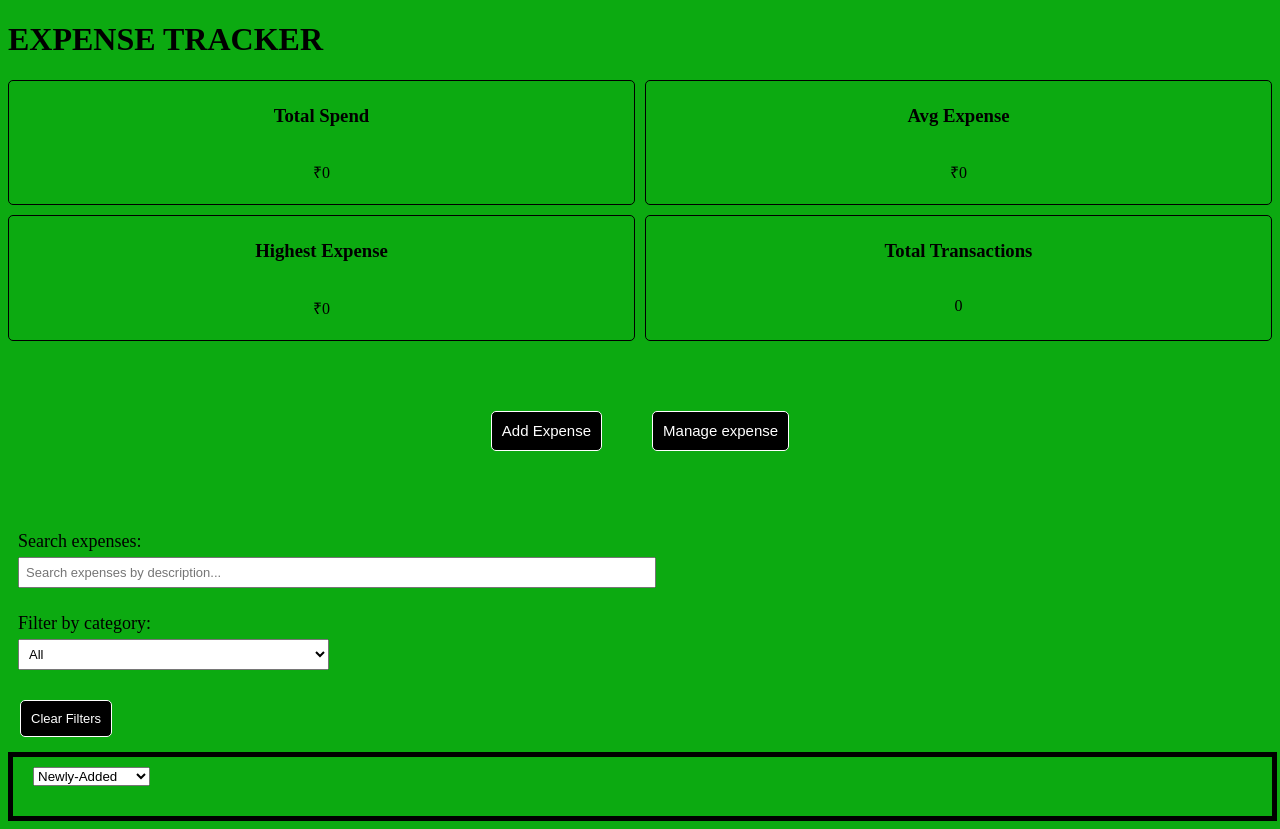
Repository: Gaurav124937/Expense-Tracker
Page: index.html
An editor plug-in stored every save of this project. The page is shown before and after the next save, followed by the edit.
The browser window is 1280 px wide. The pictures show the whole page.

Above is the page before, as saved 2026-09-20 20:13:00.

### index.html
<!doctype html>
<html lang="en">
  <head>
    <meta charset="UTF-8" />
    <meta name="viewport" content="width=device-width, initial-scale=1.0" />
    <title>Expense tracker</title>
    <link rel="stylesheet" href="style.css" />
    <script src="script.js" defer></script>
  </head>

  <body>
    <h1>EXPENSE TRACKER</h1>

    <div class="grid">
      <section class="section">
        <h3>Total Spend</h3>
        <p>₹0</p>
      </section>

      <section class="section">
        <h3>Avg Expense</h3>
        <p>₹0</p>
      </section>

      <section class="section">
        <h3>Highest Expense</h3>
        <p>₹0</p>
      </section>

      <section class="section">
        <h3>Total Transactions</h3>
        <p>0</p>
      </section>
    </div>

    <div class="buttons-grid">
      <button class="btn add-expense-button">Add Expense</button>
      <button class="btn manage-expense-button">Manage expense</button>
    </div>

    <div class="filter-container">
      <div class="search-filter-container">
        <label class="filter-form-label" for="expense-search"
          >Search expenses:</label
        >
        <input
          type="text"
          class="expense-search"
          placeholder="Search expenses by description..."
        />
      </div>
      <div class="category-filter-container">
        <label class="filter-form-label" for="category"
          >Filter by category:</label
        >
        <select class="category-filter" name="category">
          <option value="all">All</option>
          <option value="food">Food</option>
          <option value="petrol">Petrol</option>
          <option value="travel">Travel</option>
          <option value="shopping">Shopping</option>
          <option value="transport">Transport</option>
          <option value="other">Other</option>
        </select>
      </div>
      <div>
        <button class="clear-filters">Clear Filters</button>
      </div>
    </div>
    <div class="main-container">
      <div class="expense-card-sort">
        <select class="sort-expenses">
          <option value="latest">Newly-Added</option>
          <option value="newest">Newest First</option>
          <option value="oldest">Oldest First</option>
          <option value="highest">Highest Amount</option>
          <option value="lowest">Lowest Amount</option>
        </select>
      </div>
      <div class="expense-list expense-list-view"></div>
    </div>
    <form method="post" class="expense-form form-hidden">
      <div class="form">
        <p>ADD YOUR DETAILS</p>

        <div class="formating">
          <label for="expense">Enter amount</label>
          <input type="number" id="expense" name="expense" />
        </div>

        <div class="formating">
          <label for="description">Enter description</label>
          <input type="text" id="description" name="description" />
        </div>

        <div class="formating">
          <label for="category">Select category</label>
          <select id="category" name="category">
            <option value="all">All</option>
            <option value="food">Food</option>
            <option value="petrol">Petrol</option>
            <option value="travel">Travel</option>
            <option value="shopping">Shopping</option>
            <option value="transport">Transport</option>
            <option value="other">Other</option>
          </select>
        </div>

        <div class="formating">
          <label for="date">Enter date</label>
          <input type="date" id="date" name="date" />
        </div>

        <div class="formating">
          <button class="save-expense-button" type="submit">
            Save expense
          </button>
        </div>
      </div>
    </form>

    <div class="total-expense"></div>
  </body>
</html>

### style.css
.grid {
  display: grid;
  grid-template-columns: repeat(2, 1fr);
  gap: 10px;
}

.section {
  display: flex;
  flex-direction: column;
  align-items: center;
  border-radius: 5px;
  border-color: black;
  border: 1px solid;
  padding: 5px;
}
.buttons-grid {
  display: flex;
  flex-direction: row;
  padding: 50px;
  gap: 10px;
  justify-content: center;
}
.btn {
  padding: 10px;
  border-radius: 5px;
  border-color: black;
  border: 1px solid;
  margin: 20px;
  font-size: 15px;
  block-size: 40px;
  color: white;
  background-color: black;
}
.form {
  display: flex;
  flex-direction: column;
  padding: 20px;
}
.formating {
  display: flex;
  flex-direction: column;
  padding: 5px;
  width: 75%;
}
.save-expense-button {
  padding: 10px;
  border-radius: 5px;
  border-color: black;
  border: 1px solid;
  margin-top: 20px;
  font-size: 15px;
  block-size: 40px;
  color: white;
  background-color: black;
  width: 45%;
}
.form-hidden {
  display: none;
}

.main-container {
  padding: 10px;
  border: 5px solid;
  gap: 10px;
  width: 98%;
}

.expense-list-view {
  display: flex;
  flex-direction: row;
  padding: 10px;
  gap: 10px;
  overflow-x: auto;
}
.expense-display-card {
  display: flex;
  flex-direction: column;
  padding: 8px;
  border: 3px solid;
  border-radius: 10px;
  width: 200px;
  background-color: rgba(0, 26, 255, 0.585);
  height: 300px;
  flex-shrink: 0;
  box-sizing: border-box;
}

.expense-text-styling {
  font-size: 15px;
  color: white;
  font-weight: bold;
}

.delete-expense-button {
  padding: 5px;
  border-radius: 5px;
  width: 50%;
  border-color: black;
  border: 1px solid;
  margin-top: 20px;
  font-size: 15px;
  block-size: 30px;
  color: white;
  background-color: rgba(255, 0, 0, 0.761);
}

.edit-expense-button {
  padding: 5px;
  border-radius: 5px;
  width: 50%;
  border-color: black;
  border: 1px solid;
  margin-top: 20px;
  font-size: 15px;
  block-size: 30px;
  color: white;
  background-color: rgb(0, 0, 0);
}

.expense-info {
  display: flex;
  flex-direction: column;
  flex: 1;
  min-height: 0;
  overflow: auto;
}
.expense-actions {
  display: flex;
  flex-direction: row;
  gap: 10px;
  margin-top: auto;
  flex-shrink: 0;
}

body {
  background-color: rgb(12, 170, 17);
}

.expense-description {
  text-overflow: ellipsis;
  overflow: hidden;
  overflow-wrap: break-word;
  line-clamp: 3;
  -webkit-line-clamp: 3;
  display: -webkit-box;
  -webkit-box-orient: vertical;
}

.expense-description.expanded {
  display: block;
  line-clamp: unset;
  -webkit-line-clamp: unset;
  overflow: visible;
  overflow-wrap: break-word;
}
.expense-search {
  width: 50%;
  font-size: 13px;
  padding: 6px;
  margin-bottom: 10px;
}
.category-filter-container {
  display: flex;
  flex-direction: column;
  padding: 10px;
}
.category-filter {
  width: 25%;
  font-size: 13px;
  padding: 6px;
  margin-bottom: 20px;
}
.filter-container {
  display: flex;
  flex-direction: column;
  padding: 5px;
  gap: 5px;
}
.search-filter-container {
  display: flex;
  flex-direction: column;
  padding: 5px;
}
.category-filter-container {
  display: flex;
  flex-direction: column;
  padding: 5px;
}
.filter-form-label {
  font-size: 18px;
  margin-bottom: 5px;
  color: rgb(0, 0, 0);
}
.clear-filters {
  padding: 10px;
  border-radius: 5px;
  border-color: black;
  margin-left: 7px;
  margin-bottom: 10px;
  border: 1px solid;
  font-size: 13px;
  color: white;
  background-color: black;
}

.expense-card-sort {
  margin-left: 10px;
  font-size: 13px;
  width: 20%;
}

### script.js
const addExpenseButton = document.querySelector(".add-expense-button");

const expenseForm = document.querySelector(".expense-form");

addExpenseButton.addEventListener("click", function showExpenseForm() {
  expenseForm.classList.toggle("form-hidden");
});

const expenses = [];
getData();

expenses.forEach((expense) => {
  renderExpense(expense);
});

let editingExpenseId = null;

// FUNCTION WORKS ON SUBMITTING THE FORM
expenseForm.addEventListener("submit", function (event) {
  event.preventDefault();
  const amount = Number(document.querySelector("#expense").value);
  const descript = document.querySelector("#description").value;
  const category = document.querySelector("#category").value;
  const date = document.querySelector("#date").value;

  if (amount <= 0 || descript.trim() === "" || category == "" || date === "") {
    alert("please enter all details carefully");
    return;
  }
  const expense = {
    id: crypto.randomUUID(),
    expense: amount,
    description: descript,
    category: category,
    date: date,
  };

  //IMPLEMENTATION OF EDIT EXPENSE WORKING

  if (editingExpenseId == null) {
    expenses.push(expense);
    storingData();
    expenseForm.reset();

    renderExpense(expense);
  } else {
    const index = expenses.findIndex(
      (expense) => expense.id === editingExpenseId,
    );
    const expenseToSave = expenses[index];
    if (index !== -1) {
      expenseToSave.expense = amount;
      expenseToSave.description = descript;
      expenseToSave.category = category;
      expenseToSave.date = date;
    }

    storingData();
    expenseForm.reset();
    const expenseElement = document.getElementById(editingExpenseId);
    const infoDiv = expenseElement.querySelector(".expense-info");
    infoDiv.innerHTML = `
    <p class="expense-text-styling expense-description ">${expenseToSave.description}</p>
    <p class="expense-text-styling">₹${expenseToSave.expense}</p>
    <p class="expense-text-styling">${expenseToSave.category}</p>
  <p class="expense-text-styling">${expenseToSave.date}</p>
  `;
    document.querySelector(".total-expense").innerHTML =
      `<p>TOTAL EXPENSE: ${totalExpense()}</p>`;

    editingExpenseId = null;
  }
});

//FUNCTION TO FIND TOTAL EXPENSE
function totalExpense() {
  const totalExpense = expenses.reduce((total, expense) => {
    return total + expense.expense;
  }, 0);
  return totalExpense;
}

// FUNCTIONS TO STORE AND GET DATA
function storingData() {
  const expenseArrayString = JSON.stringify(expenses);
  localStorage.setItem("array", expenseArrayString);
}

function getData() {
  const expensesArray = JSON.parse(localStorage.getItem("array"));
  if (expensesArray !== null) {
    expenses.push(...expensesArray);
  }

  console.log(expensesArray);
}

//FUNCTION TO DISPLAY EXPENSE ON DISPLAY
function renderExpense(expense) {
  const expenseList = document.querySelector(".expense-list");

  const expenseElement = document.createElement("div");
  expenseElement.classList.add("expense-display-card");
  expenseElement.id = expense.id;

  const infoDiv = document.createElement("div");
  infoDiv.classList.add("expense-info");
  infoDiv.innerHTML = `
    <p class="expense-text-styling expense-description ">${expense.description}</p>
    <p class="expense-text-styling">₹${expense.expense}</p>
    <p class="expense-text-styling">${expense.category}</p>
  <p class="expense-text-styling">${expense.date}</p>
  `;
  expenseElement.appendChild(infoDiv);

  const actionDiv = document.createElement("div");
  actionDiv.classList.add("expense-actions");
  actionDiv.innerHTML = `
  <button class="delete-expense-button">Delete</button>
  <button class="edit-expense-button">Edit</button>
  `;

  expenseElement.appendChild(actionDiv);

  expenseList.appendChild(expenseElement);
  const descriptionElement = expenseElement.querySelector(
    ".expense-description",
  );
  descriptionElement.addEventListener("click", () => {
    descriptionElement.classList.toggle("expanded");
  });

  updateTotal();

  const deleteExpense = expenseElement.querySelector(".delete-expense-button");
  deleteExpense.addEventListener("click", function () {
    expenseElement.remove();
    const index = expenses.findIndex(
      (expense) => expense.id === expenseElement.id,
    );
    if (index !== -1) {
      expenses.splice(index, 1);
    }

    storingData();

    updateTotal();
  });

  const editExpense = expenseElement.querySelector(".edit-expense-button");
  editExpense.addEventListener("click", function () {
    const index = expenses.findIndex(
      (expense) => expense.id === expenseElement.id,
    );
    if (index !== -1) {
      const expenseToEdit = expenses[index];

      editingExpenseId = expenseToEdit.id;

      document.querySelector("#expense").value = expenseToEdit.expense;
      document.querySelector("#description").value = expenseToEdit.description;
      document.querySelector("#category").value = expenseToEdit.category;
      document.querySelector("#date").value = expenseToEdit.date;
    }
    expenseForm.classList.toggle("form-hidden");
  });
}

const searchInput = document.querySelector(".expense-search");
searchInput.addEventListener("input", updateExpenseList);

const categoryFilter = document.querySelector(".category-filter");
categoryFilter.addEventListener("change", updateExpenseList);

const sortExpenses = document.querySelector(".sort-expenses");
sortExpenses.addEventListener("change", updateExpenseList);


//FUNCTION FOR FILTER EXPENSES BY DESCRIPTION, CATEGORY AND SORTING
function updateExpenseList() {
  const searchText = searchInput.value.toLowerCase();
  const selectedCategory = categoryFilter.value;
  const selectedSort = sortExpenses.value;

  let displayedExpenses = expenses.filter((expense) => {
    const matchesSearch = expense.description
      .toLowerCase()
      .includes(searchText);

    const matchesCategory =
      selectedCategory === "all" ||
      expense.category.toLowerCase() === selectedCategory;

    return matchesSearch && matchesCategory;
  });

  if(selectedSort === "latest"){
    expenses.forEach((expense) => {
    renderExpense(expense);
  });
  }

  if (selectedSort === "highest") {
    displayedExpenses.sort((a, b) => b.expense - a.expense);
  }

  if (selectedSort === "lowest") {
    displayedExpenses.sort((a, b) => a.expense - b.expense);
  }

  if (selectedSort === "newest") {
    displayedExpenses.sort((a, b) => new Date(b.date) - new Date(a.date));
  }

  if (selectedSort === "oldest") {
    displayedExpenses.sort((a, b) => new Date(a.date) - new Date(b.date));
  }

  const expenseList = document.querySelector(".expense-list");
  expenseList.innerHTML = "";

  if (displayedExpenses.length === 0) {
    expenseList.innerHTML = "<p>No expenses found.</p>";
    return;
  }

  displayedExpenses.forEach((expense) => {
    renderExpense(expense);
  });
}
//FUNCTION FOR UPDATING TOTAL
function updateTotal() {
  const totalAmount = document.querySelector(".total-expense");

  totalAmount.innerHTML = `<p>TOTAL EXPENSE: ${totalExpense()}</p>`;
}

//CLEARING FILTER
const clearFiltersButton = document.querySelector(".clear-filters");

clearFiltersButton.addEventListener("click", function () {
  searchInput.value = "";
  categoryFilter.value = "all";
  sortExpenses.value="latest";

  updateExpenseList();
});

After the next save:
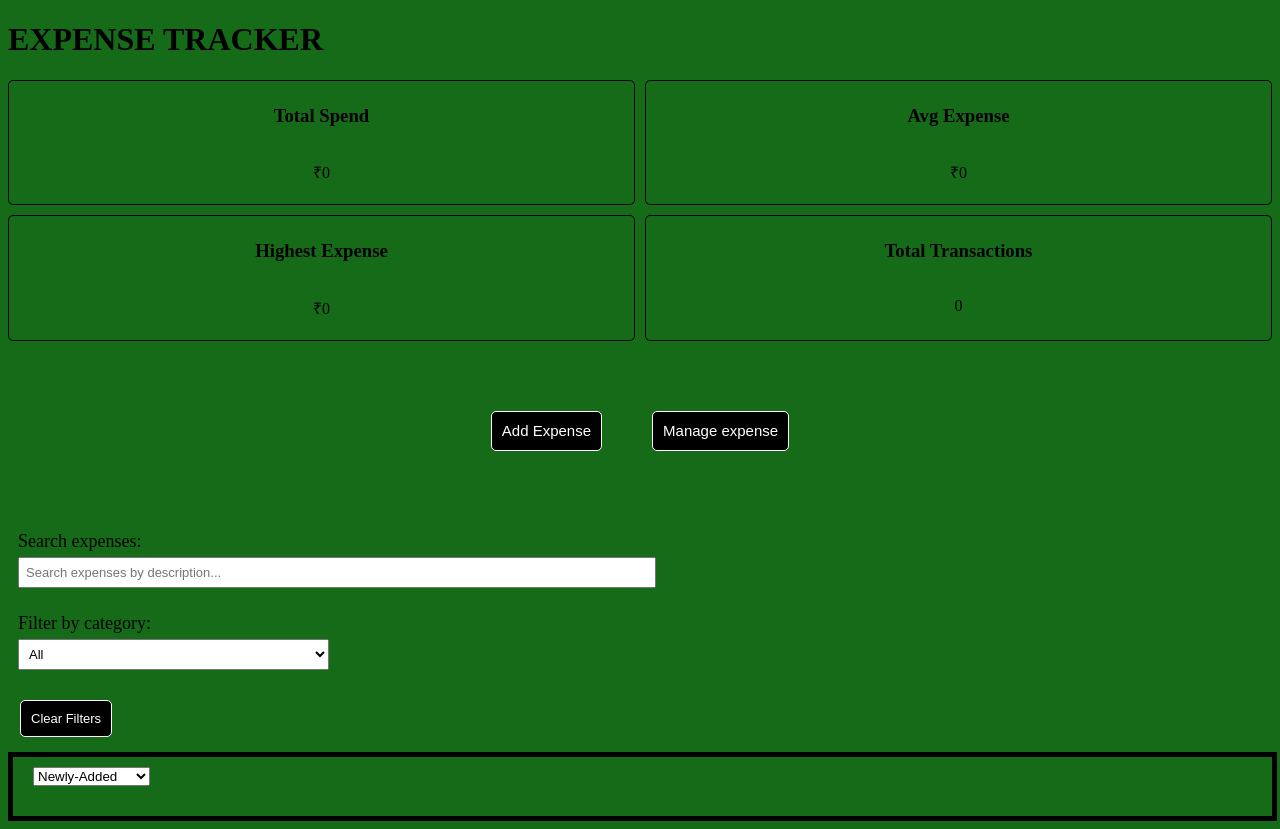
Saved 4 s later.
--- a/style.css
+++ b/style.css
@@ -133,7 +133,7 @@
 }
 
 body {
-  background-color: rgb(12, 170, 17);
+  background-color: rgb(22, 107, 25);
 }
 
 .expense-description {
